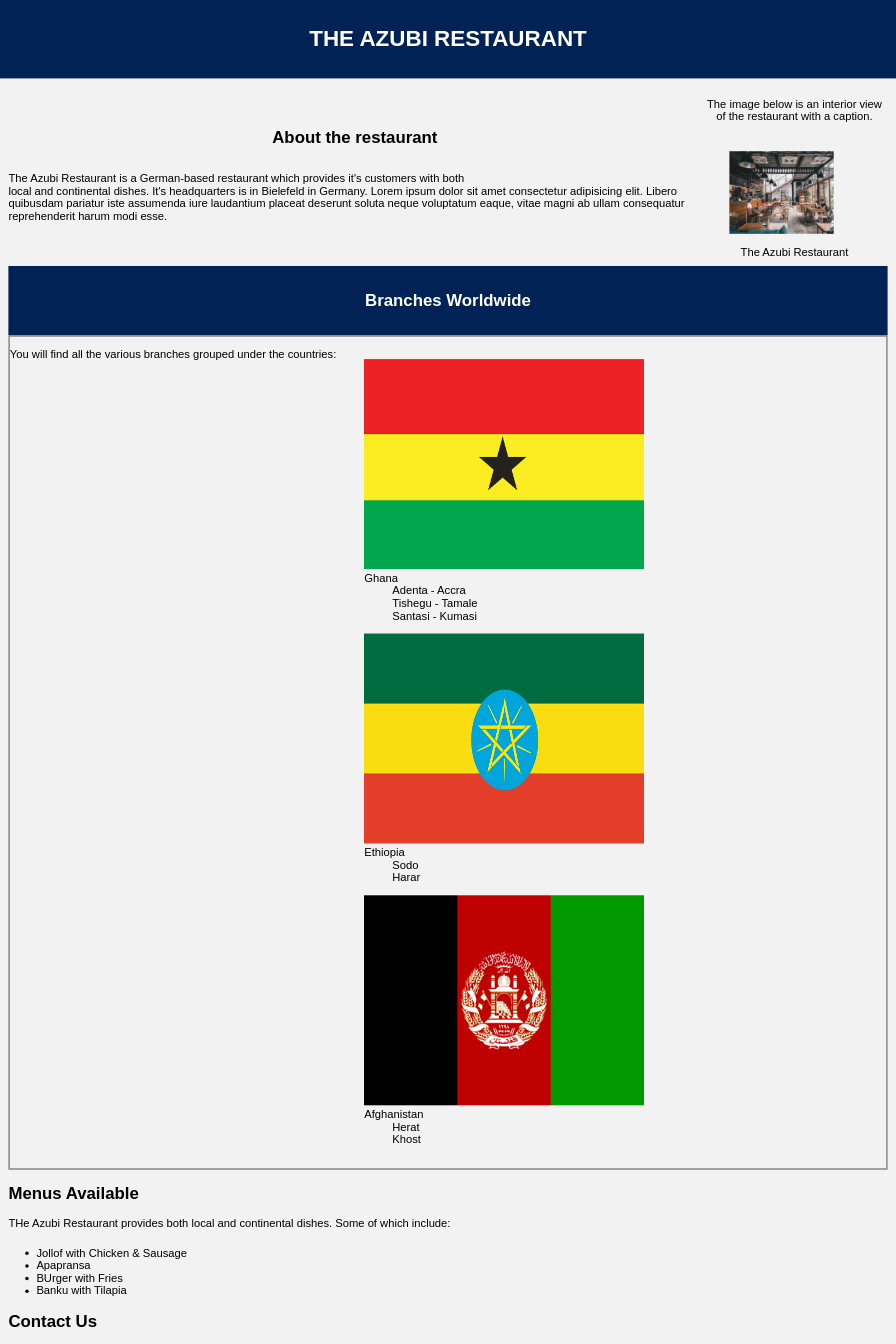
Repository: odurusphp/testingazubigit
Page: Fortune/FortunatusWulnye.html
These files come from the project's save history. The page is drawn as it stood at one moment and after the next save; the edit follows.
The browser window is 1280 px wide. The pictures show the part of the page from y = 0 to 1920 px (the page is 2686 px tall before and 2696 px after), at 70% of full size.

Above is the page before, as saved 2020-08-04 09:11:15.

### Fortune/FortunatusWulnye.html
<!--COMMENTS THAT ARE MINE ARE WRITTEN IN CAPITAL LETTERS-->
<!--THE GENERAL STRUCTURE OF THE PAGE IS GOOD WITH THE INDENTATION TOO-->
<!--THE CLASSES THAT YOU IMPLEMENTED TOO ARE GREAT KEEP IT UP-->
<!DOCTYPE html>
<html lang="en">

<head>

    <meta charset="UTF-8" />
    <meta name="viewport" content="width=device-width, initial-scale=1.0" />
    <title>The Azubi Restaurant</title>
    <meta name="descrition" content="A website for Azubi restaurant">
    <meta name="author" content="Fortunatus Aabangbio Wulnye">
    <link rel="stylesheet" href="css/style.css">

</head>

<body>

    <header class="main-header">
        <div class="brand">
            <h1 class="site-title"><a href="#">THE AZUBI RESTAURANT</a></h1>
        </div>
    </header>

    <main class="main-container">
        <section class="about-main">

            <aside class="about-text">
                <div class="about-header">
                    <h2>About the restaurant</h2>
                </div>
                <p>
                    The Azubi Restaurant is a German-based restaurant which provides
                    it's customers with both <br />
                    local and continental dishes. It's headquarters is in Bielefeld in
                    Germany. Lorem ipsum dolor sit amet consectetur adipisicing elit. Libero quibusdam pariatur iste
                    assumenda iure laudantium placeat deserunt soluta neque voluptatum eaque, vitae magni ab ullam
                    consequatur reprehenderit harum modi esse.
                </p>
            </aside>

            <div class="about-fig">
                <p>The image below is an interior view of the restaurant with a caption.</p>
                <figure>
                    <img src="images/FortununatusWulnyeRestaurant.jpg" alt="Azubi Restaurant" /> <br>
                    <figcaption>The Azubi Restaurant</figcaption>
                </figure>
            </div>

        </section>

        <section class="main-branches">
            <div class="branches-header">
                <h2>Branches Worldwide</h2>
            </div>

            <div class="branches">
                <p>You will find all the various branches grouped under the countries:</p>
                <dl>
                    <div class="ghana">
                        <figure class="reason">
                            <a href="">
                                <img src="images/ghana-flag.png" />
                            </a>
                            <figcaption>
                                <dt class="country">Ghana</dt>
                                <div class="location">
                                    <dd>Adenta - Accra</dd>
                                    <dd>Tishegu - Tamale</dd>
                                    <dd>Santasi - Kumasi</dd>
                                </div>
                            </figcaption>
                        </figure>
                    </div>

                    <div class="ethiopia">
                        <figure class="reason">
                            <a href="">
                                <img src="images/ethiopia-flag.jpg" />
                            </a>
                            <figcaption>
                                <dt class="country">Ethiopia</dt>
                                <div class="location">
                                    <dd>Sodo</dd>
                                    <dd>Harar</dd>
                                </div>
                            </figcaption>
                        </figure>
                    </div>


                    <div class="afghanistan">
                        <figure class="reason">
                            <a href="">
                                <img src="images/afg-flag.png" />
                            </a>
                            <figcaption>
                                <dt class="country">Afghanistan</dt>
                                <div class="location">
                                    <dd>Herat</dd>
                                    <dd>Khost</dd>
                                </div>
                            </figcaption>
                        </figure>
                    </div>

                </dl>
            </div>

        </section>

        <section class="menus">
            <h2>Menus Available</h2>
            <p>THe Azubi Restaurant provides both local and continental dishes. Some of which include:</p>
            <ul>
                <li>Jollof with Chicken & Sausage</li>
                <li>Apapransa</li>
                <li>BUrger with Fries</li>
                <li>Banku with Tilapia</li>
            </ul>
        </section>

        <div class="Contact">
            <h2>Contact Us</h2>
            <p>Pease, feel free to send us your feedback, recommendations or concerns by filling in the form below</p>
            <form action="" method="POST">
                <label for="fname">Name</label>
                <input type="text" name="fname" placeholder="Enter your name here..." required> <br>

                <label for="email">Email</label>
                <input type="text" name="email" placeholder="Enter your email here..." required> <br>

                <label for="gender">Gender</label>
                <input type="radio" id="male" value="male">
                <label for="gender">Male</label>
                <input type="radio" id="female" value="female">
                <label for="gender">Female</label> <br>

                <textarea name="message" id="" cols="20" rows="5" placeholder="Type your message here"></textarea>
                <br />

                <input type="submit" value="Submit" />
            </form>
            <br>

        </div>
        <br>

        <div class="rating">
            <h2>Give us a rating (0 to 5)</h2>
            <div class="slider">
                <input type="range" min="0" max="5" value="50">
            </div>
        </div>

        <div class="ceomessage">
            <h2>A Message From The C.E.O</h2>
            <P>The C.E.O, in an interview was asked for motivation in bringing up thus restaurant. This<br> is what he
                said:
            <blockquote> <q> There is no food diffiult for you to eat. It is just a matter of psyching yourself.<br>
                    Free your mind and the food
                    will settle in your belly beause the sweetness of <br> the padding is the eating.</q><br> <br>
                &mdash;<cite>Honourable Nana Yaw Oduro</cite>
            </blockquote>
            </P>
        </div>

    </main>
    <hr />

    <footer>
        &copy; Azubi Restaurant - 2020. Website: <a
            href="https://github.com/odurusphp/testingazubigit/">https://github.com/odurusphp/testingazubigit/</a>
    </footer>

</body>

</html>

### Fortune/css/style.css
* {
  box-sizing: border-box;
}

html {
  font-family: sans-serif;
  -webkit-text-size-adjust: 100%;
  -ms-text-size-adjust: 100%;
  justify-content: center;
  align-items: middle;
}
body {
  margin: 0;
  background-color: hsl(0, 0%, 95%);
}

/*--------------------------------------------------------------
Header styles
--------------------------------------------------------------*/

.main-header {
  padding: 1em 0;
  background-color: #002254;
}

.brand {
  /* padding: 70px 0; */
  text-align: center;
  border: "0.5rem solid pink";
}
.site-title a {
  text-decoration: none;
  color: #fff;
}

.about-main {
  display: flex;
}

.about-header {
  text-align: center;
}

.about-text {
  display: flex;
  flex-direction: column;
  justify-content: center;
}

.about-fig {
  display: flex;
  flex-direction: column;
  justify-content: center;
  text-align: center;
}

.main-container {
  border-radius: 2px;
  padding: 12px;
}

.branches {
  display: flex;
  flex-wrap: wrap;
}

.branches-header {
  padding: 1em 0;
  background-color: #002254;
  text-align: center;
  border: "0.5rem solid pink";
  text-decoration: none;
  color: #fff;
}

aside,
figcaption,
figure,
footer,
header,
main,
nav,
section {
  display: block;
}

a:active,
a:hover {
  outline: 0;
}

b,
strong {
  font-weight: bold;
}

p {
  margin-bottom: 1.5em;
}

h1 {
  font-size: 2em;
  margin: 0.67em 0;
}

.about-fig img {
  display: block;
  border: 0;
  width: 80%;
  height: 80%;
}

.branches img {
  width: 400px;
  height: 300px;
}

.branch-img {
  display: flex;
  flex-direction: column;
}

.branches {
  border: 2px grey solid;
}

label {
  padding: 12px 12px 12px 0;
  display: inline-block;
}

.contact {
  border-radius: 5px;
  background-color: #f2f2f2;
  padding: 20px;
}
input [type="text"],
select,
textarea {
  color: inherit;
  font: inherit;
  margin: 0;
  padding: 12px;
  border: 1px solid #ccc;
  border-radius: 10px;
  resize: vertical;
  margin: 8px 0;
  font-family: "Source Sans Pro", "Helvetica", Arial, sans-serif;
  font-size: 18px;
  line-height: 1.5;
}

input[type="submit"] {
  background-color: #4caf50;
  color: white;
  padding: 12px 20px;
  border: none;
  border-radius: 4px;
  cursor: pointer;
  float: left;
}

select {
  text-transform: none;
}

textarea {
  overflow: auto;
}

input::-moz-focus-inner {
  border: 0;
  padding: 0;
}

input {
  line-height: normal;
}

input[type="radio"] {
  box-sizing: border-box;
  padding: 0;
}

blockquote {
  margin: 0 1.5em;
}

After the next save:
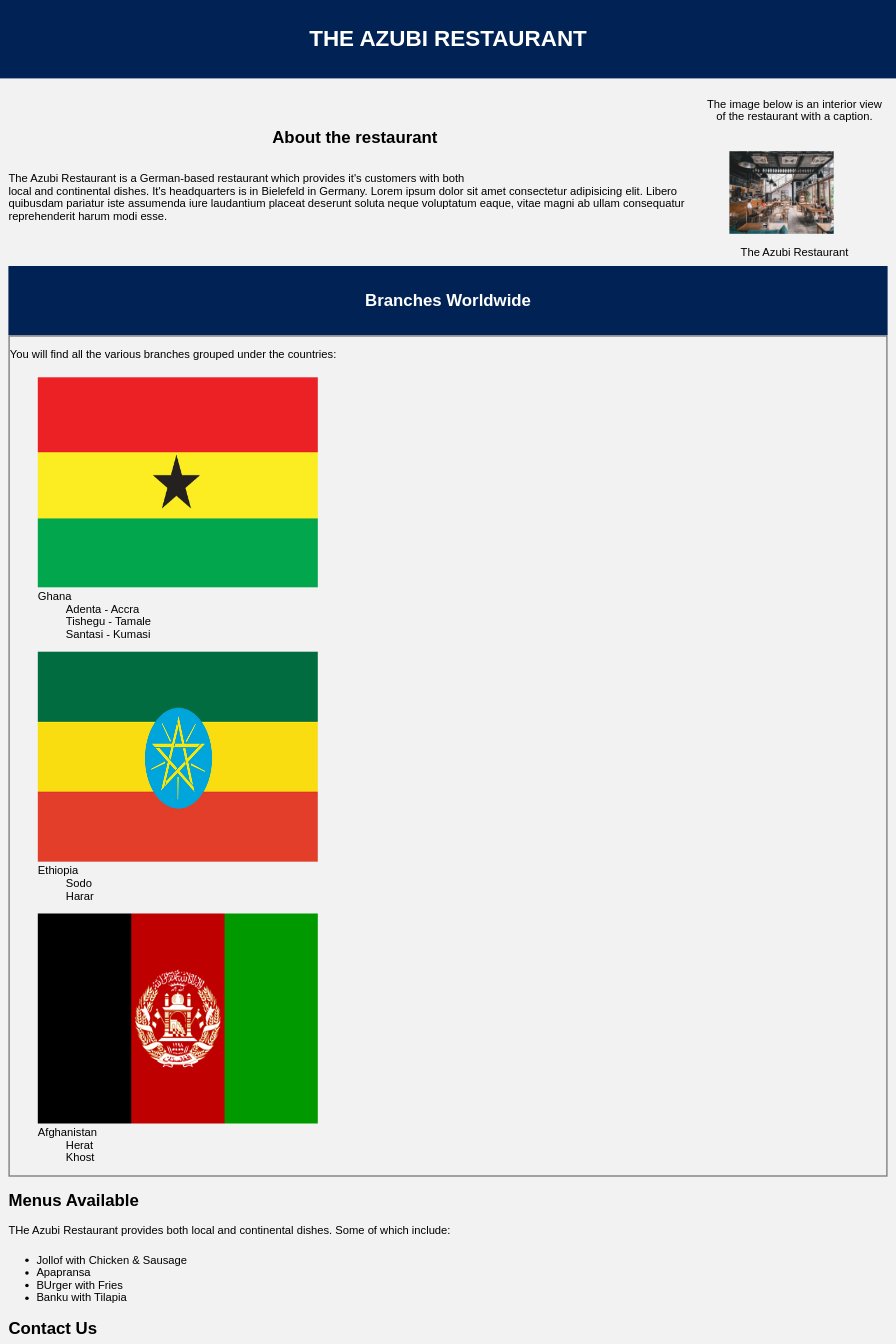
Saved 86 s later.
--- a/Fortune/css/style.css
+++ b/Fortune/css/style.css
@@ -57,11 +57,6 @@ Header styles
 .main-container {
   border-radius: 2px;
   padding: 12px;
-}
-
-.branches {
-  display: flex;
-  flex-wrap: wrap;
 }
 
 .branches-header {
